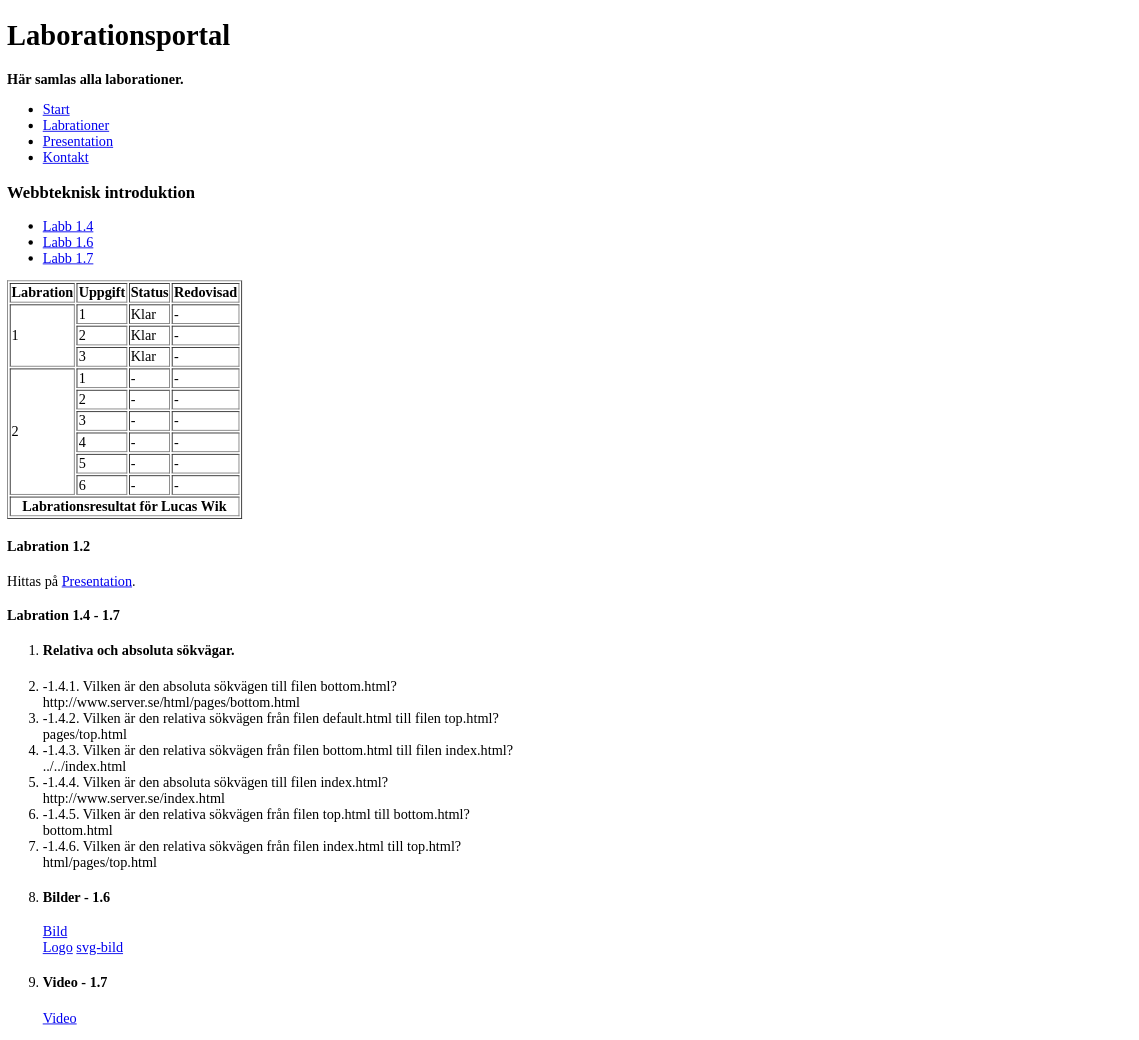
Repository: lw222gz/1ik415-laborationer
Page: Pages/labrationer.html
The author's editor kept a record of every edit. The page is drawn from the files as they stood at one moment, then again after the next edit.
The browser window is 1280 px wide. The pictures show the whole page, at 89% of full size.

Above is the page before.

### Pages/labrationer.html
<!doctype html>
<html lang="sv">
    <head>
        <meta charset="utf-8" />
        <title>labrationer</title>
    </head>
<body>
<h1>Laborationsportal</h1>

<strong>Här samlas alla laborationer.</strong>

<ul>
    <li><a href="../index.html">Start</a></li>
    <li><a href="labrationer.html">Labrationer</a></li>
    <li><a href="presentation.html">Presentation</a></li>
    <li><a href="kontakt.html">Kontakt</a></li>
</ul>

<h3>Webbteknisk introduktion</h3>
<ul>
    <li><a href="#1.4">Labb 1.4</a></li>
    <li><a href="#1.6">Labb 1.6</a></li>
    <li><a href="#1.7">Labb 1.7</a></li>
</ul>

<table border="1">
    <thead>
    <tr>
        <th>Labration</th>
        <th>Uppgift</th>
        <th>Status</th>
        <th>Redovisad</th>
    </tr>
    </thead>

    <tfoot>
    <tr>
        <th colspan="4">Labrationsresultat för Lucas Wik</th>
    </tr>
    </tfoot>

    <tbody>
    <tr>
    <td rowspan="3">1</td>
        <td>1</td>
        <td>Klar</td>
        <td>-</td>
    </tr>
    <tr>
        <td>2</td>
        <td>Klar</td>
        <td>-</td>
    </tr>
    <tr>
        <td>3</td>
        <td>Klar</td>
        <td>-</td>
    </tr>
    <tr>
        <td rowspan="6">2</td>
        <td>1</td>
        <td>-</td>
        <td>-</td>
    </tr>
    <tr>
        <td>2</td>
        <td>-</td>
        <td>-</td>
    </tr>
    <tr>
        <td>3</td>
        <td>-</td>
        <td>-</td>
    </tr>
    <tr>
        <td>4</td>
        <td>-</td>
        <td>-</td>
    </tr>
    <tr>
        <td>5</td>
        <td>-</td>
        <td>-</td>
    </tr>
    <tr>
        <td>6</td>
        <td>-</td>
        <td>-</td>
    </tr>
    </tbody>

</table>


<h4>Labration 1.2</h4>
Hittas på <a href="presentation.html">Presentation</a>.



<h4>Labration 1.4 - 1.7</h4>
<ol>
    <li><a id="1.4"></a><h4>Relativa och absoluta sökvägar.</h4>
        <li>-1.4.1. Vilken är den absoluta sökvägen till filen bottom.html?<br />
                http://www.server.se/html/pages/bottom.html</li>

        <li>-1.4.2. Vilken är den relativa sökvägen från filen default.html till filen top.html?<br />
                pages/top.html</li>

        <li>-1.4.3. Vilken är den relativa sökvägen från filen bottom.html till filen index.html?<br />
                ../../index.html</li>

        <li>-1.4.4. Vilken är den absoluta sökvägen till filen index.html?<br />
                http://www.server.se/index.html</li>

        <li>-1.4.5. Vilken är den relativa sökvägen från filen top.html till bottom.html?<br />
                bottom.html</li>

        <li>-1.4.6. Vilken är den relativa sökvägen från filen index.html till top.html?<br />
                html/pages/top.html</li>


    <li><a id="1.6"></a><h4>Bilder - 1.6</h4>
    <a href="presentation.html#bild">Bild</a><br />
    <a href="../Pics/get%20rekt.png">Logo</a>
    <a href="../index.html#grsm">svg-bild</a>
    </li>
    <li><a id="1.7"></a><h4>Video - 1.7</h4>
        <a href="https://1ik415-laborationer-c9-lw222gz_1.c9.io/Videos/index.html#Video">Video</a>
    </li>
</ol>
</body>
</html>

After the next edit:
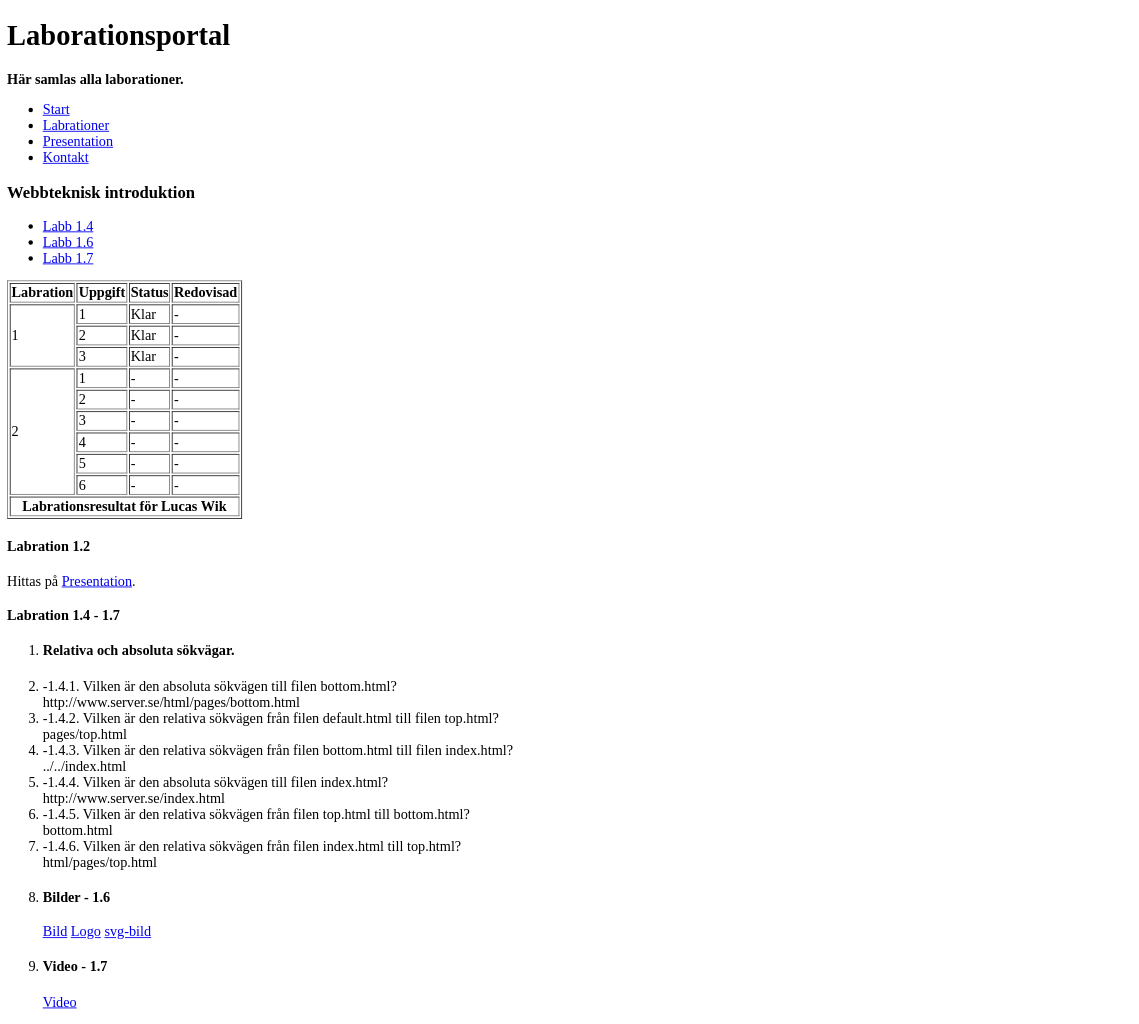
The edit:
--- a/Pages/labrationer.html
+++ b/Pages/labrationer.html
@@ -120,7 +120,7 @@
 
 
     <li><a id="1.6"></a><h4>Bilder - 1.6</h4>
-    <a href="presentation.html#bild">Bild</a><br />
+    <a href="presentation.html#bild">Bild</a>
     <a href="../Pics/get%20rekt.png">Logo</a>
     <a href="../index.html#grsm">svg-bild</a>
     </li>
